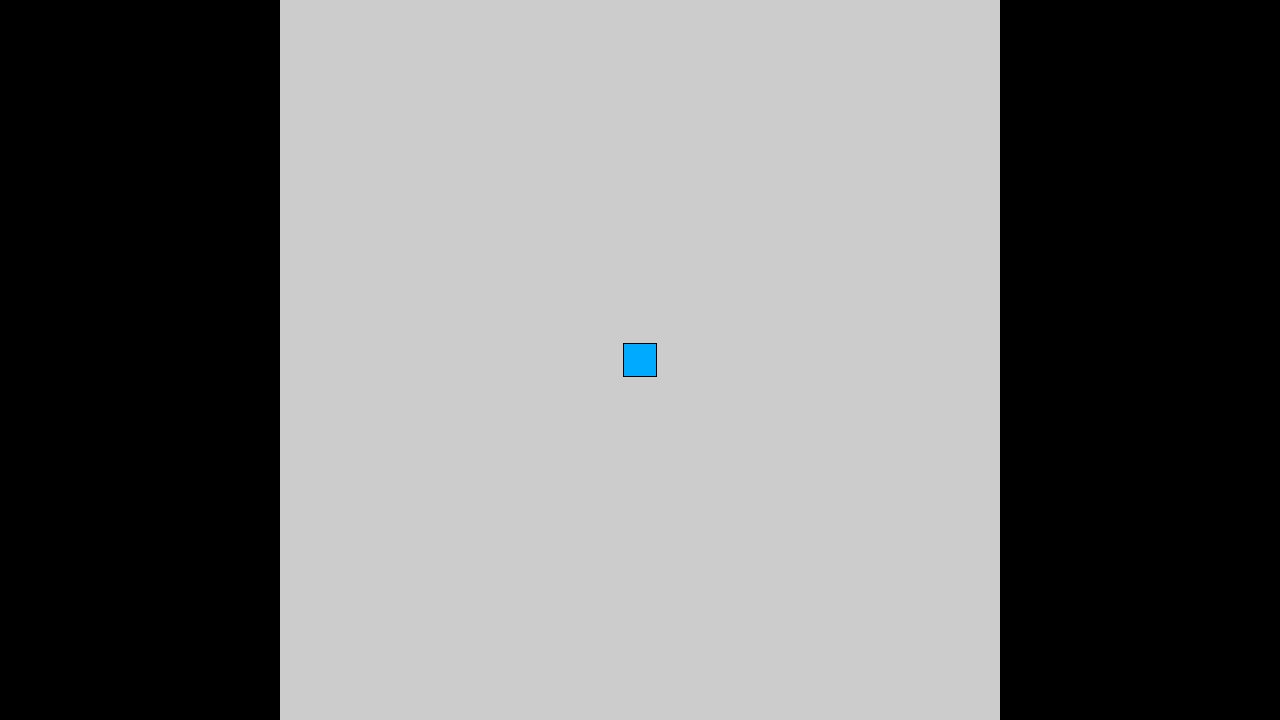
Repository: jinghuai8092/Snake_Game
Page: index.html
An editor plug-in stored every save of this project. The page is shown before and after the next save, followed by the edit.
The browser window is 1280 px wide. The pictures show the whole page.

Above is the page before, as saved 2021-11-16 13:57:45.

### index.html
<!DOCTYPE html>
<html lang="en">

<head>
    <meta charset="UTF-8">
    <meta http-equiv="X-UA-Compatible" content="IE=edge">
    <meta name="viewport" content="width=device-width, initial-scale=1.0">
    <title>Snake Game</title>
    <style>
        body {
            height: 100vh;
            width: 100vw;
            display: flex;
            justify-content: center;
            align-items: center;
            margin: 0;
            background-color: black;
        }

        #game-board {
            background-color: #ccc;
            width: 100vmin;
            height: 100vmin;
            display: grid;
            grid-template-rows: repeat(21, 1fr);
            grid-template-columns: repeat(21, 1fr);
        }

        .snake {
            background-color: hsl(200, 100%, 50%);
            border: .25vmin solid black;
        }

        .food {
            background-color: hsl(50, 100%, 50%);
            border: .25vmin solid black;
        }
    </style>
    <script src="game.js" defer type="module"></script>
</head>

<body>
    <div id="game-board">

    </div>
</body>

</html>

### game.js
import {update as updateSnake ,draw as drawSnake,SNAKE_SPEED} from './snake.js'

let lastRenderTime=0
const gameBoard=document.getElementById('game-board')

function main(currentTime){
    window.requestAnimationFrame(main)
    const secondsSinceLastRender=(currentTime-lastRenderTime)/1000
    if(secondsSinceLastRender < 1/SNAKE_SPEED) return
    console.log('RENDER')
    lastRenderTime=currentTime

    update()
    draw()
}
window.requestAnimationFrame(main)

function update(){
    updateSnake()
}

function draw(){
    drawSnake(gameBoard)
}

### snake.js
export const SNAKE_SPEED=2
const snakeBody=[{x:11,y:11}];

export function update(){
    console.log('update snake')
}
export function draw(gameBoard){
snakeBody.forEach(segment=>{
    const snakeElement=document.createElement('div')
    snakeElement.style.gridRowStart=segment.x
    snakeElement.style.gridColumnStart=segment.y
    snakeElement.classList.add('snake');
    gameBoard.appendChild(snakeElement)
})}

After the next save:
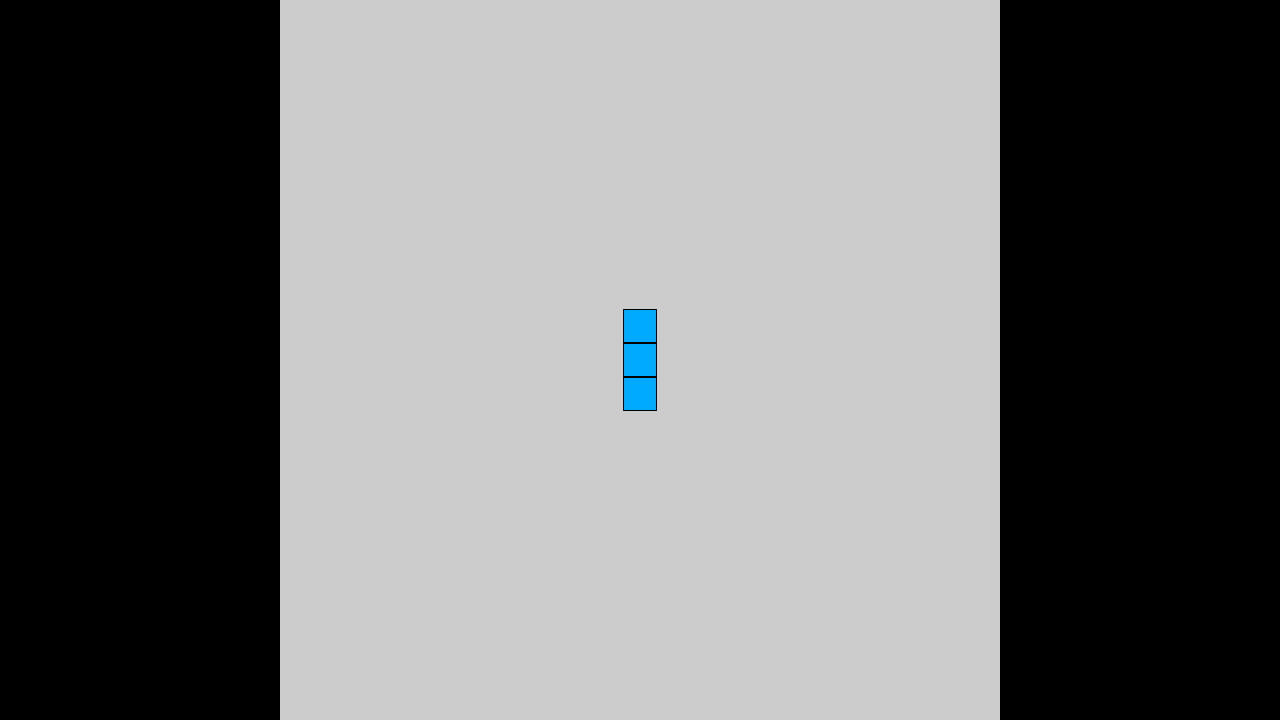
Saved 23 s later.
--- a/snake.js
+++ b/snake.js
@@ -1,5 +1,9 @@
 export const SNAKE_SPEED=2
-const snakeBody=[{x:11,y:11}];
+const snakeBody=[
+    {x:10,y:11},
+    {x:11,y:11},
+    {x:12,y:11}
+];
 
 export function update(){
     console.log('update snake')
